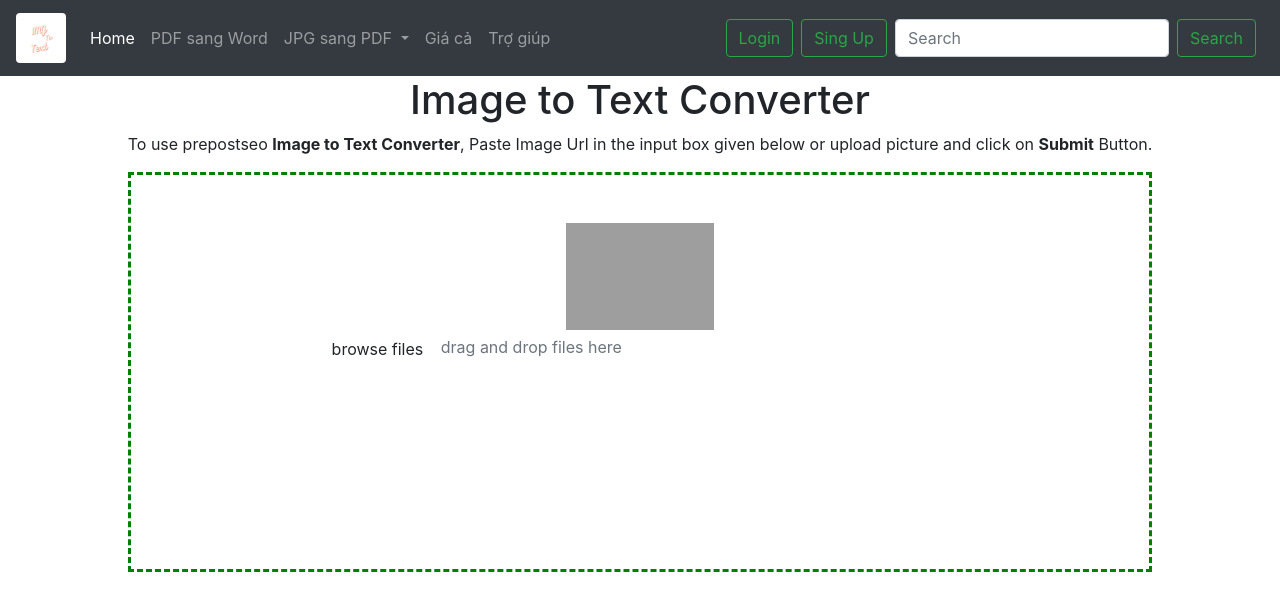
Repository: Tung1227/PBL6-2022
Page: index.html
An editor plug-in stored every save of this project. The page is shown before and after the next save, followed by the edit.
The browser window is 1280 px wide. The pictures show the whole page.
Pictures or frames that could not be fetched are drawn as grey boxes.

Above is the page before, as saved 2022-09-16 21:05:10.

### index.html
<!doctype html>
<html lang="en">

<head>
    <title>Title</title>
    <!-- Required meta tags -->
    <meta charset="utf-8">
    <meta name="viewport" content="width=device-width, initial-scale=1, shrink-to-fit=no">

    <!-- Bootstrap CSS -->
    <link rel="stylesheet" href="https://stackpath.bootstrapcdn.com/bootstrap/4.3.1/css/bootstrap.min.css"
        integrity="sha384-ggOyR0iXCbMQv3Xipma34MD+dH/1fQ784/j6cY/iJTQUOhcWr7x9JvoRxT2MZw1T" crossorigin="anonymous">
    <link rel="stylesheet" href="public/css/index.css">
</head>

<body>
    <nav class="navbar navbar-expand-lg navbar-dark bg-dark">
        <a class="navbar-brand" href="#">
            <img class="rounded" src="public/img/logo.png" width="50" height="50" alt="">
        </a>
        <button class="navbar-toggler" type="button" data-toggle="collapse" data-target="#navbarSupportedContent"
            aria-controls="navbarSupportedContent" aria-expanded="false" aria-label="Toggle navigation">
            <span class="navbar-toggler-icon"></span>
        </button>

        <div class="collapse navbar-collapse" id="navbarSupportedContent">
            <ul class="navbar-nav mr-auto">
                <li class="nav-item active">
                    <a class="nav-link" href="#">Home <span class="sr-only">(current)</span></a>
                </li>
                <li class="nav-item">
                    <a class="nav-link" href="#">PDF sang Word</a>
                </li>
                <li class="nav-item dropdown">
                    <a class="nav-link dropdown-toggle" href="#" id="navbarDropdown" role="button"
                        data-toggle="dropdown" aria-haspopup="true" aria-expanded="false">
                        JPG sang PDF
                    </a>
                    <div class="dropdown-menu" aria-labelledby="navbarDropdown">
                        <a class="dropdown-item" href="#">Action</a>
                        <a class="dropdown-item" href="#">Another action</a>
                        <div class="dropdown-divider"></div>
                        <a class="dropdown-item" href="#">Something else here</a>
                    </div>
                </li>
                <li class="nav-item">
                    <a class="nav-link" href="#">Giá cả</a>
                </li>
                <li class="nav-item">
                    <a class="nav-link" href="#">Trợ giúp</a>
                </li>
            </ul>
            <form class="form-inline my-2 my-lg-0 ">
                <button class="btn btn-outline-success my-2 my-sm-0 mr-sm-2" type="submit">Login</button>
                <button class="btn btn-outline-success my-2 my-sm-0 mr-sm-2" type="submit">Sing Up</button>
                <input class="form-control mr-sm-2" type="search" placeholder="Search" aria-label="Search">
                <button class="btn btn-outline-success my-2 my-sm-0 mr-sm-2" type="submit">Search</button>
            </form>
        </div>
    </nav>
    <div class="container d-flex justify-content-center mt-100">
        <div class="row">
            <div class="col-xs-1-12 text-center">
                <h1 class="">Image to Text Converter</h1>
                <p class="text16">To use prepostseo <strong>Image to Text Converter</strong>, Paste Image Url in the
                    input
                    box given below or upload picture and click on <strong>Submit</strong> Button.</p>
                <div class="file-drop-area">
                    <div class="pt-5">
                        <span class="svg_block">
                            <img src="https://www.prepostseo.com/imgs/upload-icon.png" width="148" height="107"
                                alt="uploader">
                        </span>
                    </div>
                    <button type="button" class="btn btn-md" id="uploadBtn"> <span data-title="Upload Image"><i
                                class="fa fa-plus"></i> &nbsp;&nbsp;browse files</span></button>
                    <!-- <span class="choose-file-button">Choose files</span> -->
                    <span class="file-message text-secondary">drag and drop files here</span>
                    <input class="file-input" type="file" multiple>
                </div>
            </div>
        </div>
    </div>
    <!-- Optional JavaScript -->
    <!-- jQuery first, then Popper.js, then Bootstrap JS -->
    <script src="https://code.jquery.com/jquery-3.3.1.slim.min.js"
        integrity="sha384-q8i/X+965DzO0rT7abK41JStQIAqVgRVzpbzo5smXKp4YfRvH+8abtTE1Pi6jizo"
        crossorigin="anonymous"></script>
    <script src="https://cdnjs.cloudflare.com/ajax/libs/popper.js/1.14.7/umd/popper.min.js"
        integrity="sha384-UO2eT0CpHqdSJQ6hJty5KVphtPhzWj9WO1clHTMGa3JDZwrnQq4sF86dIHNDz0W1"
        crossorigin="anonymous"></script>
    <script src="https://stackpath.bootstrapcdn.com/bootstrap/4.3.1/js/bootstrap.min.js"
        integrity="sha384-JjSmVgyd0p3pXB1rRibZUAYoIIy6OrQ6VrjIEaFf/nJGzIxFDsf4x0xIM+B07jRM"
        crossorigin="anonymous"></script>
</body>

</html>

### public/css/index.css
* {
    padding: 0px;
    margin: 0px;
}

.file-drop-area {
    border: dashed green;
    height: 400px;
}

.file-input {
    cursor: pointer;
    opacity: 0;
}

.choose-file-button {
    flex-shrink: 0;
    background-color: rgba(255, 255, 255, 0.04);
    border: 1px solid rgba(255, 255, 255, 0.1);
    border-radius: 3px;
    padding: 8px 15px;
    margin-right: 10px;
    font-size: 12px;
    text-transform: uppercase;
}
.file-message{

}

After the next save:
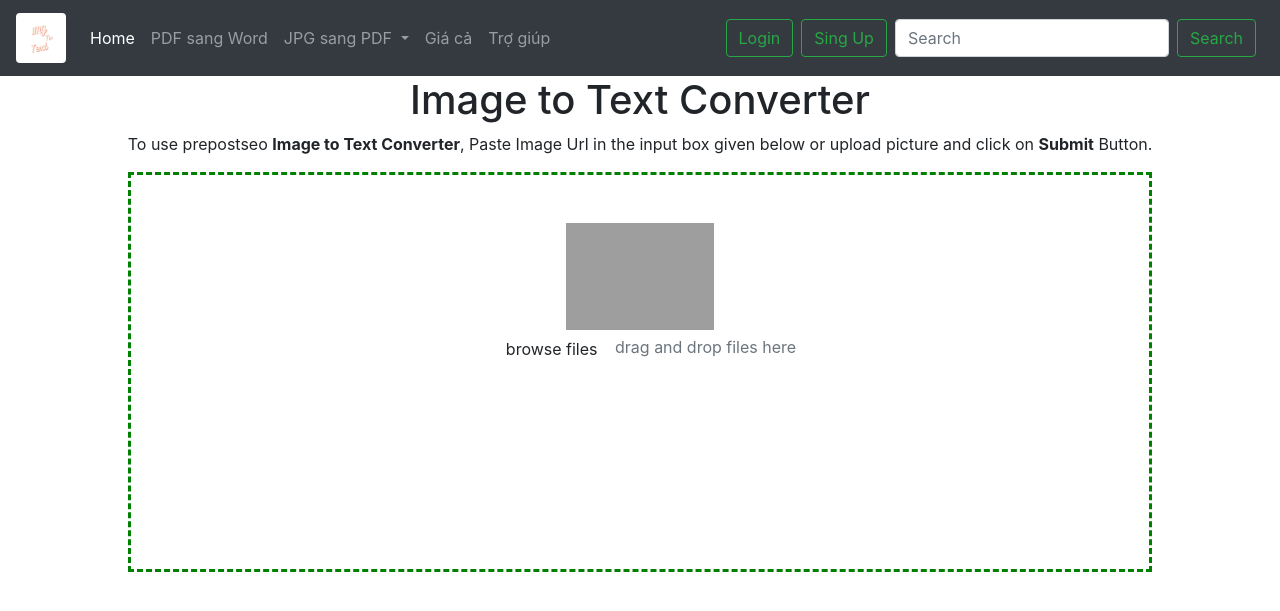
Saved 18 s later.
--- a/index.html
+++ b/index.html
@@ -76,7 +76,7 @@
                                 class="fa fa-plus"></i> &nbsp;&nbsp;browse files</span></button>
                     <!-- <span class="choose-file-button">Choose files</span> -->
                     <span class="file-message text-secondary">drag and drop files here</span>
-                    <input class="file-input" type="file" multiple>
+                    <!-- <input class="file-input" type="file" multiple> -->
                 </div>
             </div>
         </div>

After the save that followed:
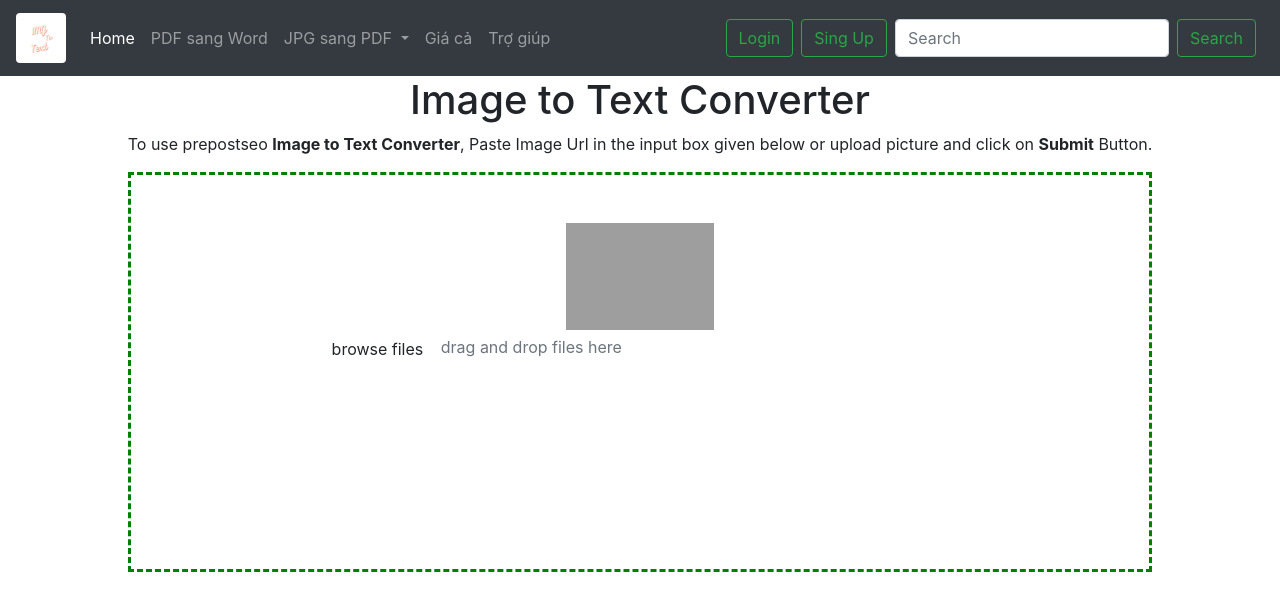
Saved 7 s later.
--- a/index.html
+++ b/index.html
@@ -76,7 +76,7 @@
                                 class="fa fa-plus"></i> &nbsp;&nbsp;browse files</span></button>
                     <!-- <span class="choose-file-button">Choose files</span> -->
                     <span class="file-message text-secondary">drag and drop files here</span>
-                    <!-- <input class="file-input" type="file" multiple> -->
+                    <input class="file-input" type="file" multiple>
                 </div>
             </div>
         </div>
